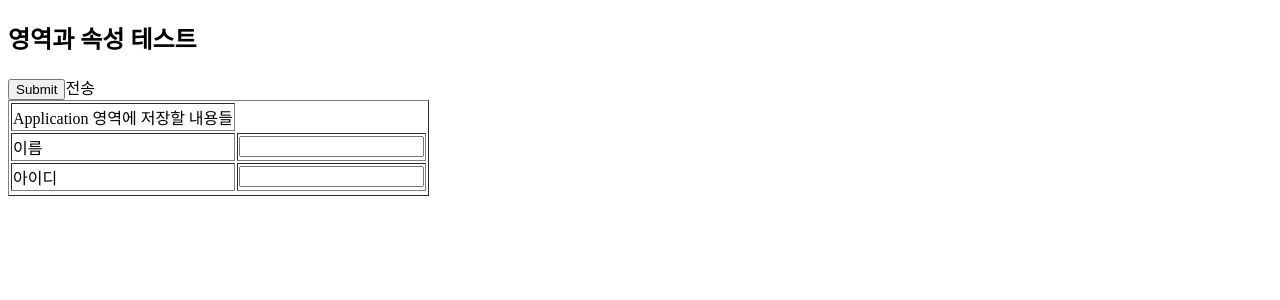
Repository: BancaKim/teamproject4
Page: http://localhost/JspDay3/JSPTEST2/dataTest1.jsp
An editor plug-in stored every save of this project. The page is shown before and after the next save, followed by the edit.
The browser window is 1280 px wide. The pictures show the whole page.
The page is served by Tomcat 9.

Above is the page before, as saved 2024-05-02 00:28:36.

### JspDay3/src/main/webapp/JSPTEST2/dataTest1.jsp
<%@ page language="java" contentType="text/html; charset=UTF-8"
    pageEncoding="UTF-8"%>
<!DOCTYPE html>
<html>
<head>
<meta charset="UTF-8">
<title>Insert title here</title>
</head>
<body>
<h2>영역과 속성 테스트</h2>
<form>
<table border='1'>
<tr>
<td>Application 영역에 저장할 내용들</td>
</tr>
<tr>
<td>이름</td>
<td><input type="text"></td>
</tr>
<tr>
<td>아이디</td>
<td><input type="text"></td>
</tr>
<tr>
<input type="submit">전송
</tr>


</table>


</form>
</body>
</html>

After the next save:
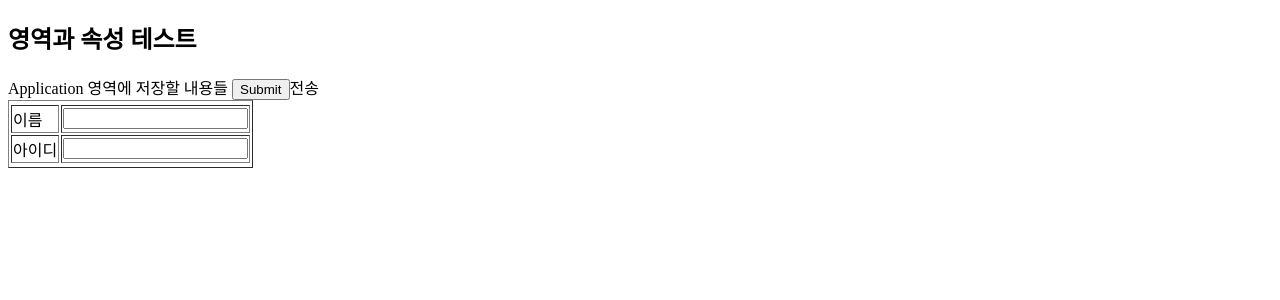
Saved 23 s later.
--- a/JspDay3/src/main/webapp/JSPTEST2/dataTest1.jsp
+++ b/JspDay3/src/main/webapp/JSPTEST2/dataTest1.jsp
@@ -11,7 +11,7 @@
 <form>
 <table border='1'>
 <tr>
-<td>Application 영역에 저장할 내용들</td>
+Application 영역에 저장할 내용들
 </tr>
 <tr>
 <td>이름</td>
